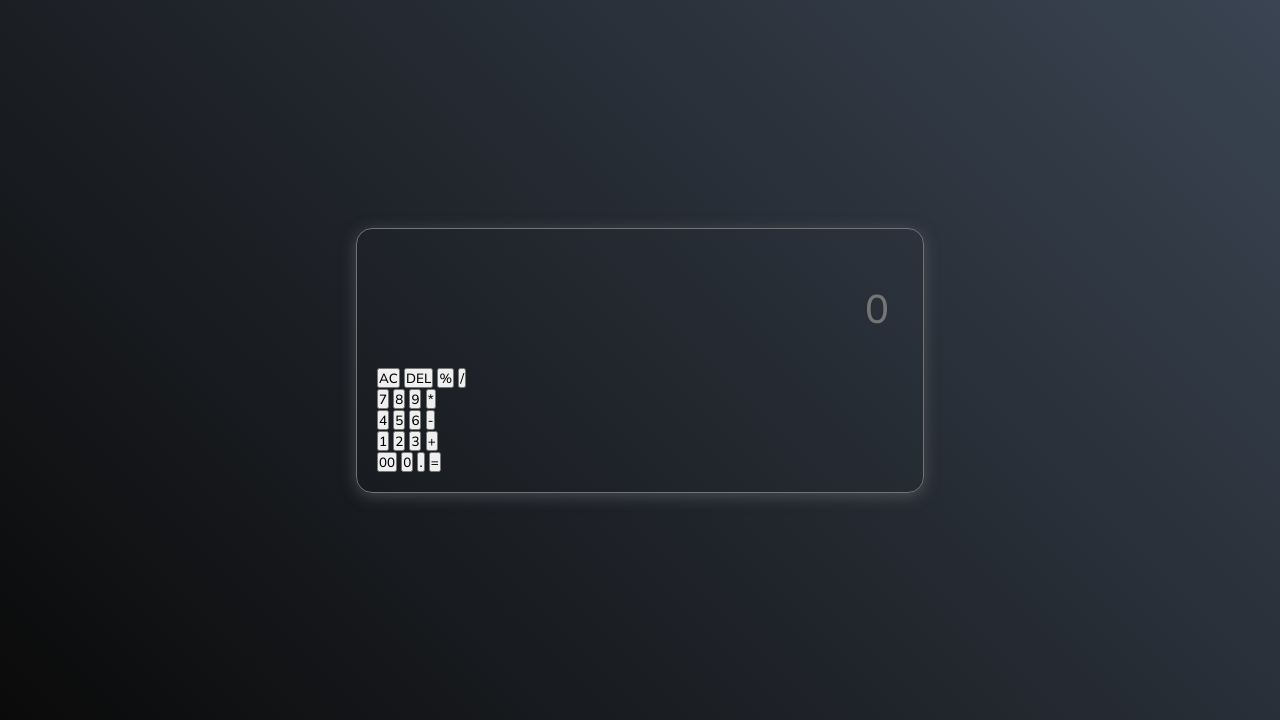
Repository: vaibhav1281/Calculator
Page: index.html
An editor plug-in stored every save of this project. The page is shown before and after a run of saves, followed by the edit.
The browser window is 1280 px wide. The pictures show the whole page.

Above is the page before, as saved 2023-05-06 20:07:59.

After the next 4 saves:
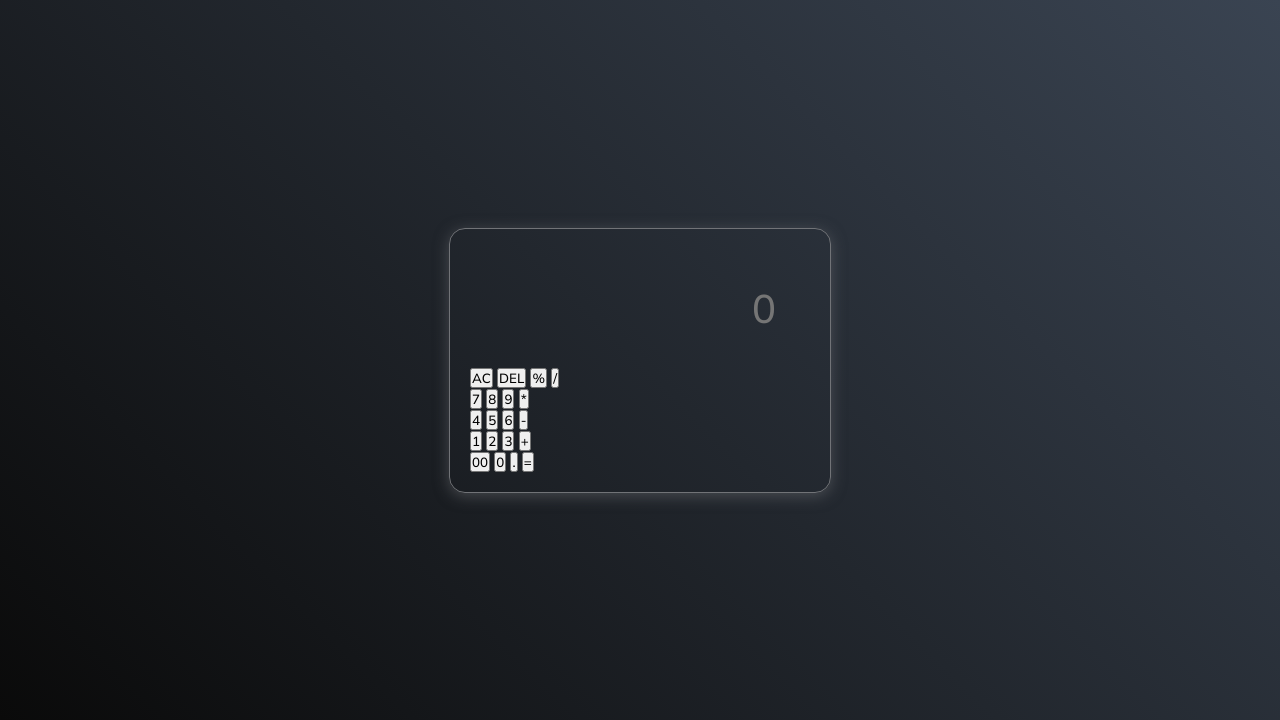
The 4 saves are shown as one change because they came seconds apart.
The last was saved 54 s later.
--- a/styles.css
+++ b/styles.css
@@ -23,7 +23,7 @@
     box-shadow: 0px 3px 15px rgba(113, 115, 119, 0.5);
 }
 input{
-    width: 100%;
+    width: 320px;
     border: none;
     padding: 24px;
     margin: 10px;
